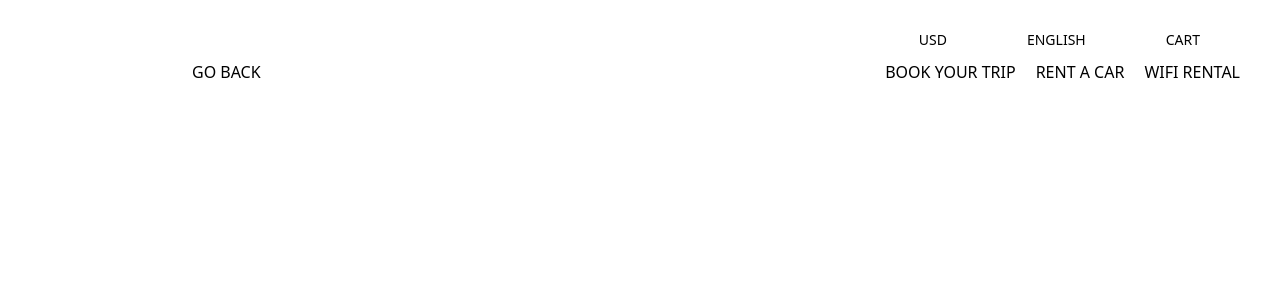
Repository: uh-sman/Iceland
Page: /
These files come from the project's save history. The page is drawn as it stood at one moment and after the next save; the edit follows.
The browser window is 1280 px wide. The pictures show the whole page.
The project was rebuilt for these pictures with package versions that can differ from the ones it lists, and the page was loaded fresh each time.

Above is the page before, as saved 2022-09-08 20:50:19.

### src/App.js
import logo from "./logo.svg";
import "./App.css";
import { Topnav } from "./components/Topnav";
import { FullNav } from "./components/FullNav";

function App() {
  return (
    <div className="App">
      <FullNav />
    </div>
  );
}

export default App;

### src/components/Topnav.js
import React from "react";

export const Topnav = () => {
  return (
    <div className="container w-full py-[30px]">
      <nav className="absolute right-[80px]">
        <ul className="space-x-20 text-sm">
          <a href="">USD</a>
          <a href="">ENGLISH</a>
          <a href="">CART</a>
        </ul>
      </nav>
    </div>
  );
};

### src/components/FullNav.jsx
import React from "react";
import { Bottomnav } from "./Bottomnav";
import { Topnav } from "./Topnav";

export const FullNav = () => {
  return (
    <div>
      <Topnav />
      <Bottomnav />
    </div>
  );
};

### src/components/Bottomnav.js
import React from "react";

export const Bottomnav = () => {
  return (
    <nav className="container w-full">
      <div>
        <div className="container">
          <h1>
            <a className="absolute left-[192px] cursor-pointer">GO BACK</a>
          </h1>
        </div>
        <div className="container">
          <div className="absolute right-[40px]">
            <ul className="space-x-[20px]">
              <a>BOOK YOUR TRIP</a>
              <a>RENT A CAR</a>
              <a>WIFI RENTAL</a>
            </ul>
          </div>
        </div>
      </div>
    </nav>
  );
};

### tailwind.config.js
/** @type {import('tailwindcss').Config} */
module.exports = {
  content: ["./src/**/*.{html,js,jsx}"],
  theme: {
    screens: {
      sm: "480px",
      md: "768px",
      lg: "976px",
      xl: "1440px",
    },
    extend: {},
  },
  plugins: [],
};

Loaded but not shown: public/index.html (common file); src/index.js (common file); src/index.css (common file); src/App.css (common file)

After the next save:
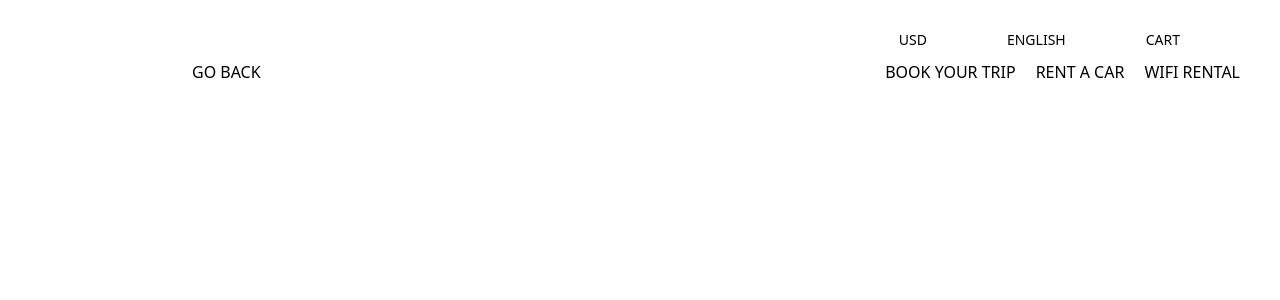
Saved 2 min 3 s later.
--- a/src/components/Topnav.js
+++ b/src/components/Topnav.js
@@ -3,7 +3,7 @@ import React from "react";
 export const Topnav = () => {
   return (
     <div className="container w-full py-[30px]">
-      <nav className="absolute right-[80px]">
+      <nav className="absolute right-[100px]">
         <ul className="space-x-20 text-sm">
           <a href="">USD</a>
           <a href="">ENGLISH</a>
